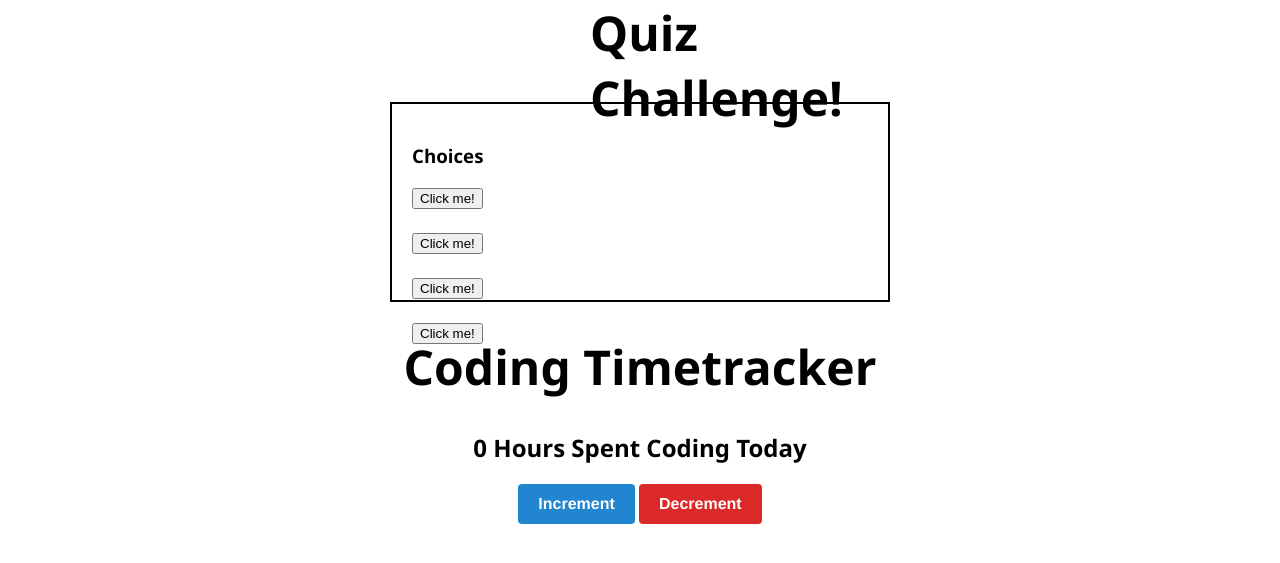
Repository: s88leigh/Quiz-Challenge
Page: index.html
An editor plug-in stored every save of this project. The page is shown before and after the next save, followed by the edit.
The browser window is 1280 px wide. The pictures show the whole page.

Above is the page before, as saved 2019-10-18 10:23:43.
Console error: ReferenceError: questionText is not defined

After the next save:
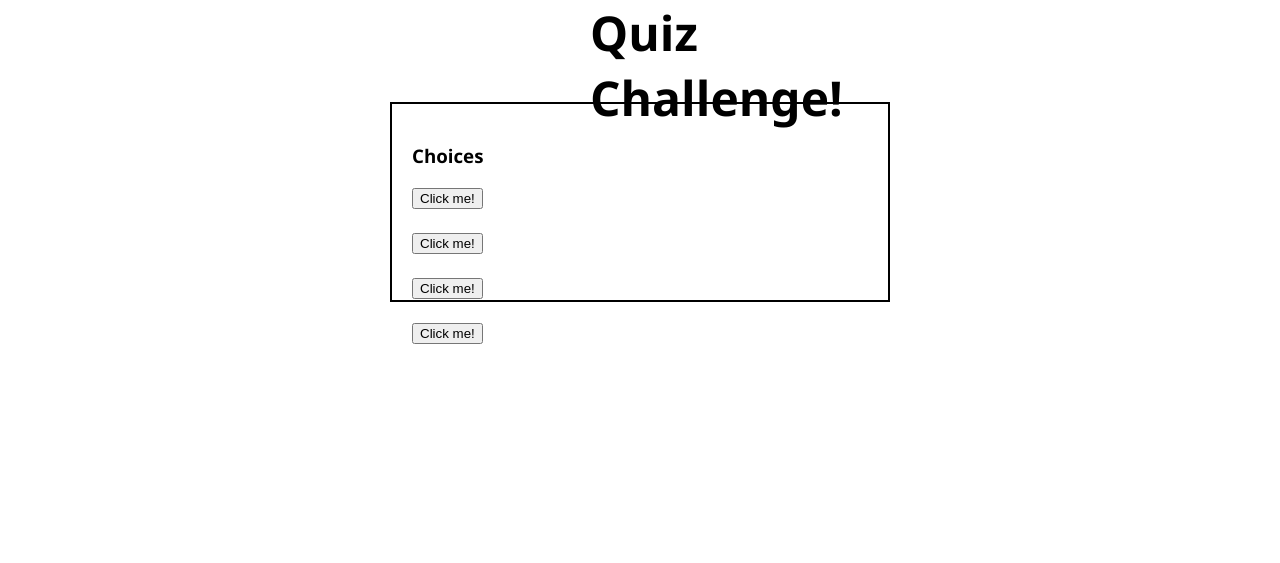
Saved 9 s later.
--- a/index.html
+++ b/index.html
@@ -23,12 +23,12 @@
 
   </div>
 
-  <div class="wrapper">
+  <!-- <div class="wrapper">
     <h1>Coding Timetracker</h1>
     <h2><span id="counter">0</span> Hours Spent Coding Today</h2>
     <button id="add">Increment</button>
     <button id="subtract">Decrement</button>
-  </div>
+  </div> -->
 
   <script src="./script.js"></script>
 </body>
